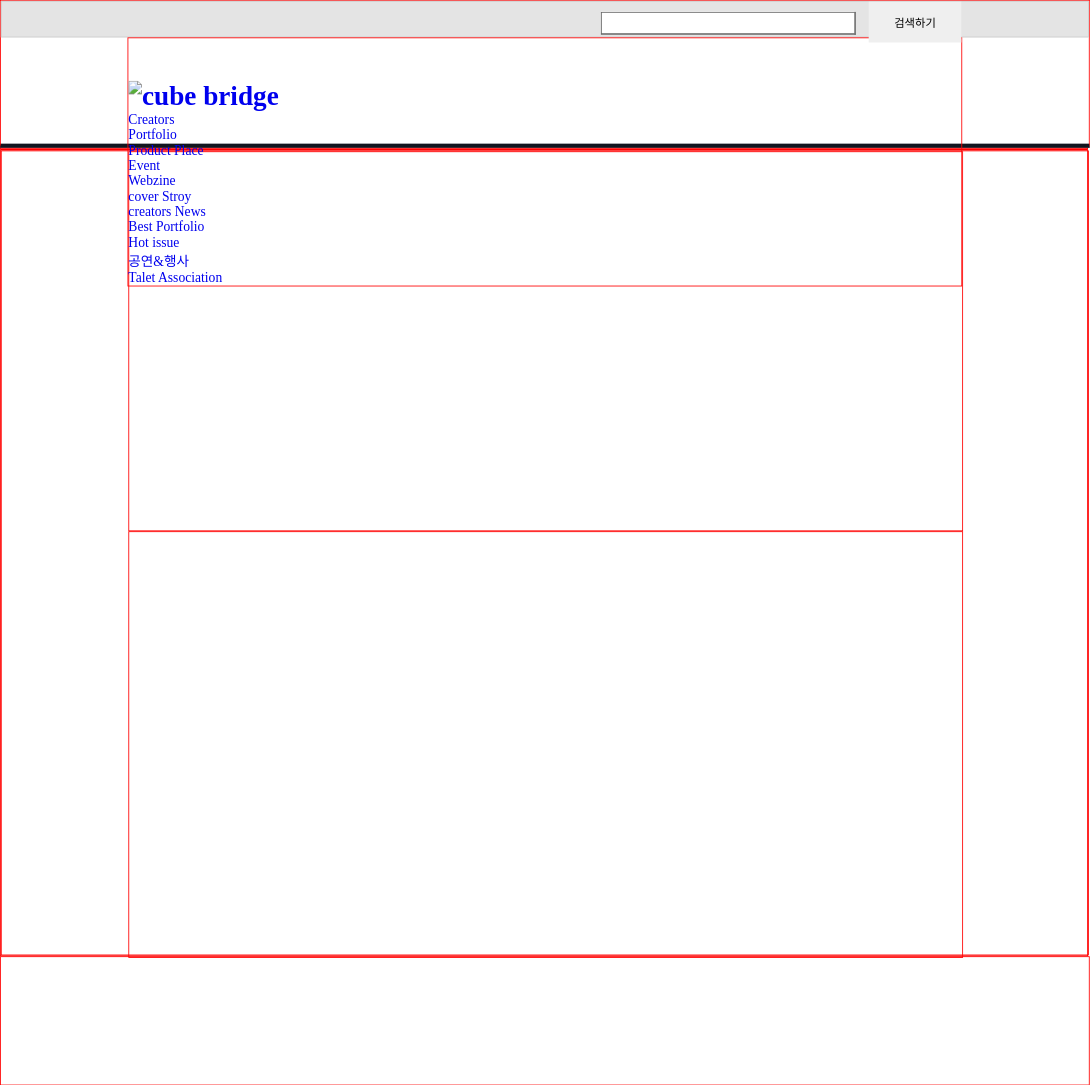
Repository: jungsoon-kim/home_study
Page: study/webzine.html
An editor plug-in stored every save of this project. The page is shown before and after the next save, followed by the edit.
The browser window is 1280 px wide. The page is 1282 px wide, so the pictures cover 1282 px, including what lies to the right of the window. The pictures show the whole page, at 85% of full size.

Above is the page before, as saved 2015-09-14 14:40:15.

After the next save:
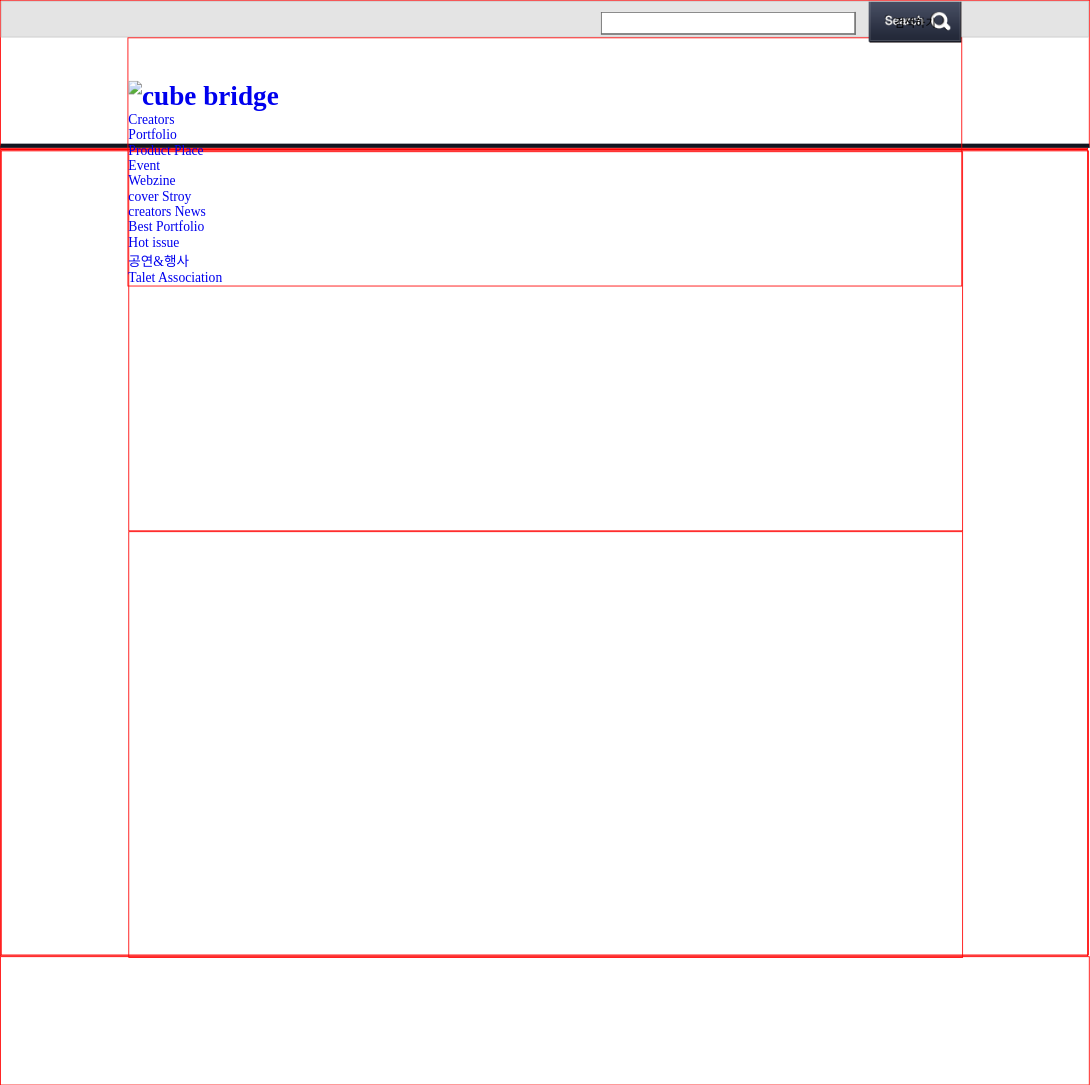
Saved 3 min 12 s later.
--- a/study/common.css
+++ b/study/common.css
@@ -22,7 +22,7 @@ fieldset {border:0 none;}
 .header-top .wrap fieldset {float:right;}
 .header-top .wrap fieldset input[type="text"] {width: 277px; height: 24px; padding:0 10px ;
  border-left: 1px solid #666; border-top: 1px solid #666; margin-right:11px; vertical-align:middle;}
-.header-top .wrap fieldset input[type="submit"] {width: 109px; height: 48px; /*vertical-align:top;*/ border:0 none; /*background: ;*/}
+.header-top .wrap fieldset input[type="submit"] {width: 109px; height: 48px; /*vertical-align:top;*/ border:0 none; background:url(../images/search_box.PNG)no-repeat ;/}
 .wrap h1 {padding-top:50px;}
 
 
